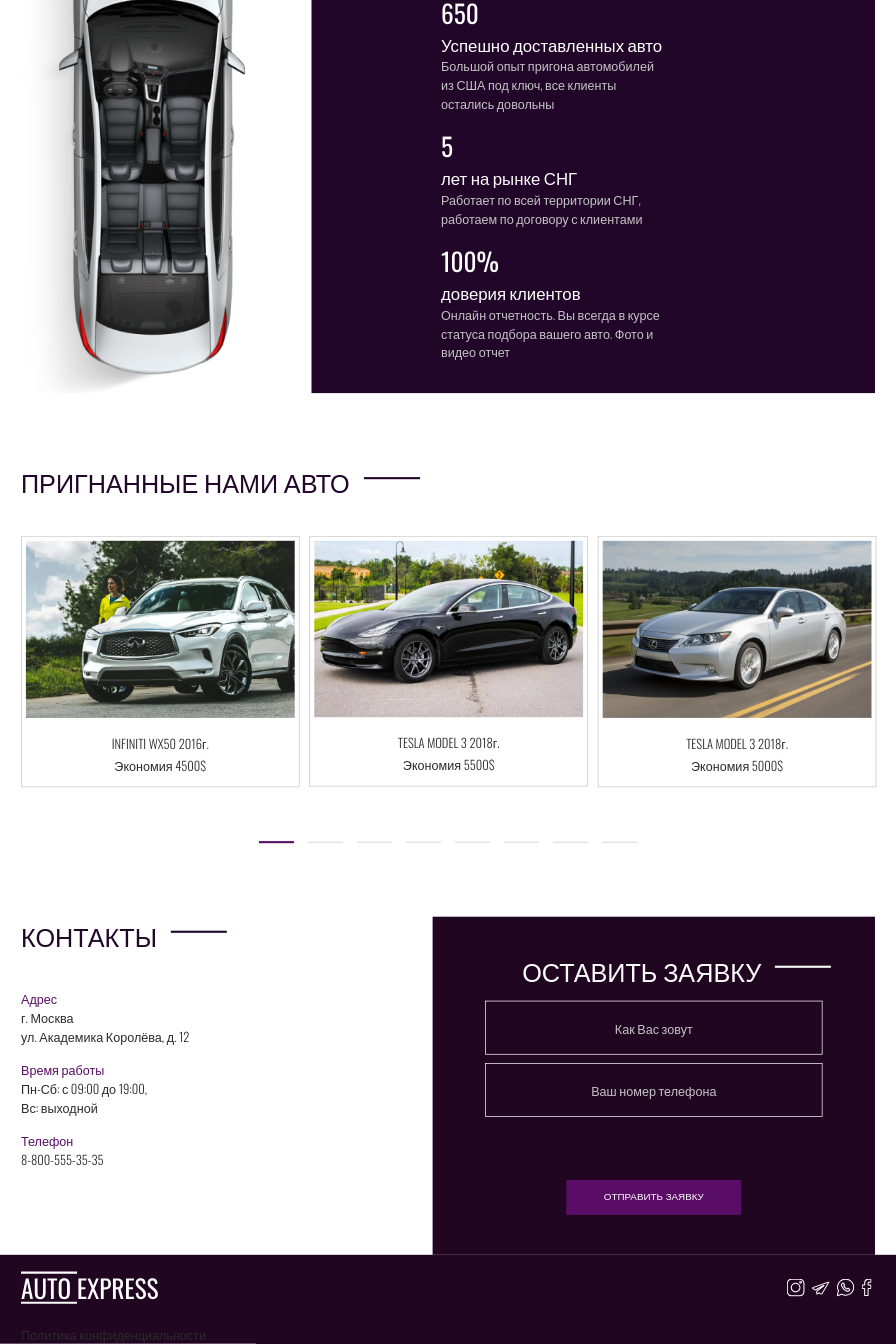
Repository: AlexandrLewandowski/site-1
Page: index.html
An editor plug-in stored every save of this project. The page is shown before and after the next save, followed by the edit.
The browser window is 1280 px wide. The pictures show the part of the page from y = 2131 to 4051 px (the page is 4051 px tall before and 4024 px after), at 70% of full size.

Above is the page before, as saved 2024-05-08 15:12:44.

After the next save:
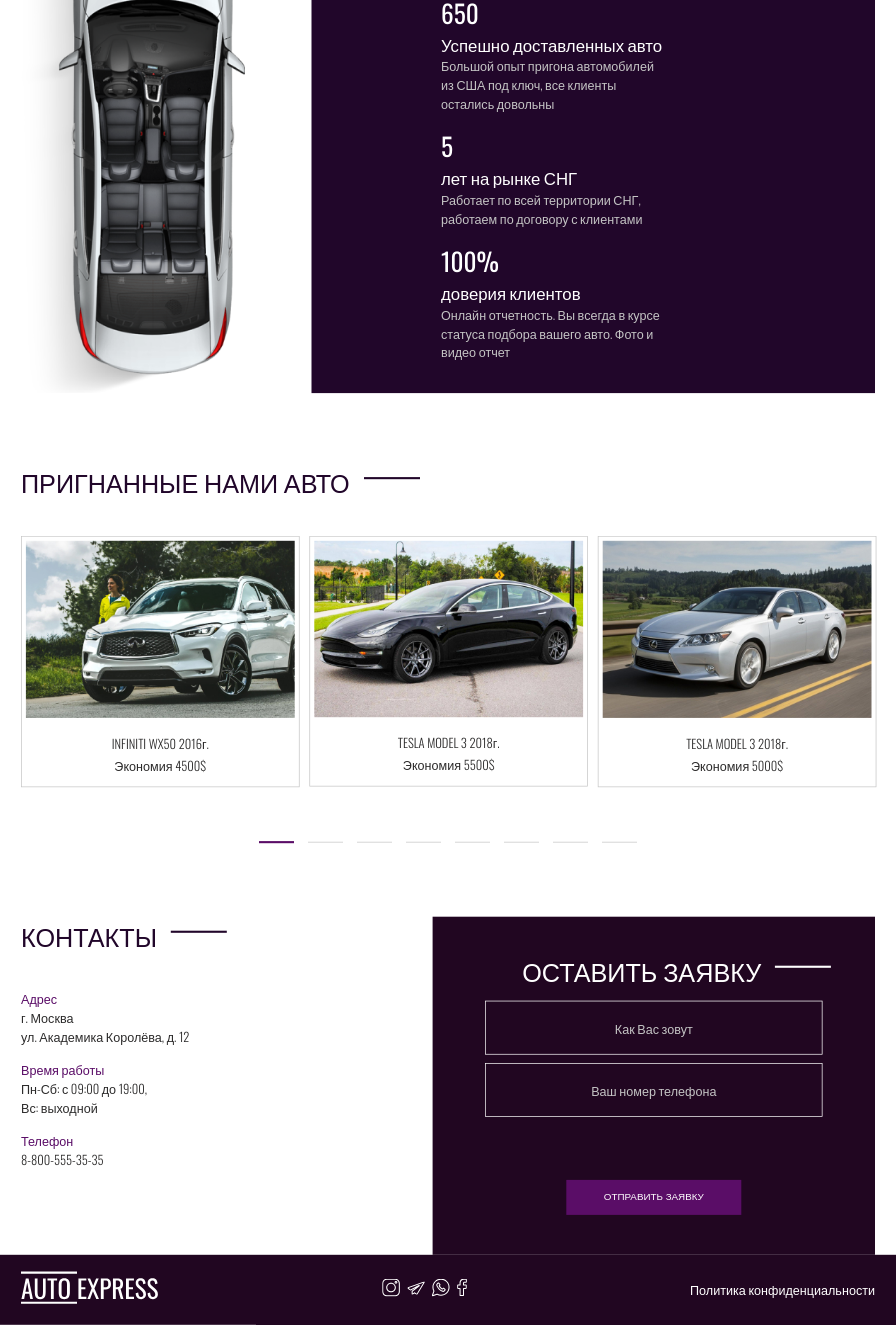
Saved 24 s later.
--- a/index.html
+++ b/index.html
@@ -274,8 +274,8 @@
                         <img class="social__img" src="images/icon/facebook.svg" alt="">
                     </a>
                 </div>
-            </div>
-            <p class="footer__copy">Политика конфиденциальности</p>
+                <p class="footer__copy">Политика конфиденциальности</p>
+            </div>
         </div>
     </footer>
 
